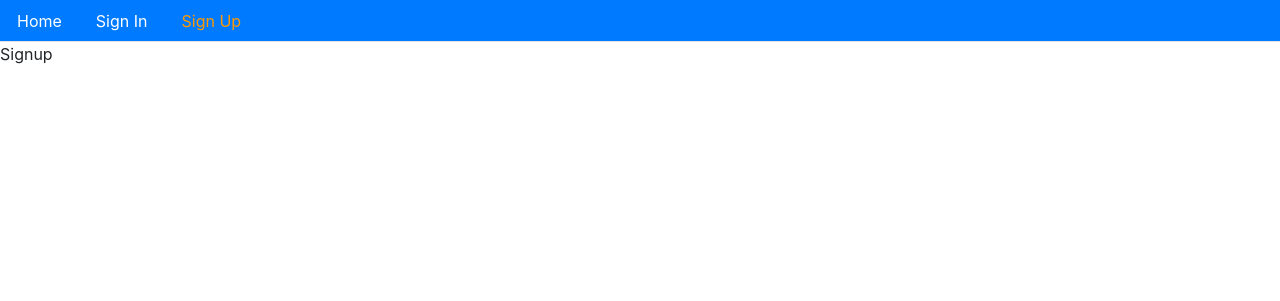
Repository: pragnyatata/Ecommerce
Page: /signup (app in ecommerce-front/)
An editor plug-in stored every save of this project. The page is shown before and after the next save, followed by the edit.
The browser window is 1280 px wide. The pictures show the whole page.
The project was rebuilt for these pictures with package versions that can differ from the ones it lists, and the page was loaded fresh each time. Also part of the build but not shown: ecommerce-front/src/App.js, ecommerce-front/src/user/Signin.js, ecommerce-front/src/core/Home.js.

Above is the page before, as saved 2020-01-18 21:15:11.

After the next save:
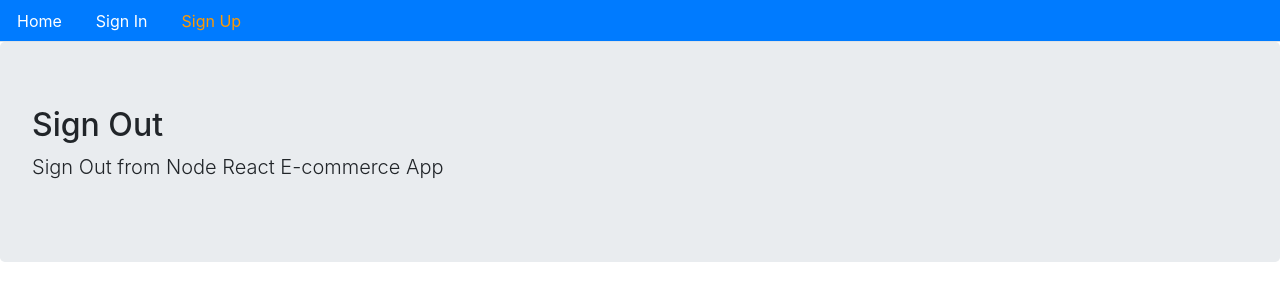
Saved 40 s later.
--- a/ecommerce-front/src/user/Signup.js
+++ b/ecommerce-front/src/user/Signup.js
@@ -1,3 +1,9 @@
 import React, { Component } from "react";
-const Signup = () => <div>Signup</div>;
+import Layout from "../core/Layout";
+const Signup = () => (
+  <Layout
+    title="Sign Out"
+    description=" Sign Out from Node React E-commerce App"
+  ></Layout>
+);
 export default Signup;
